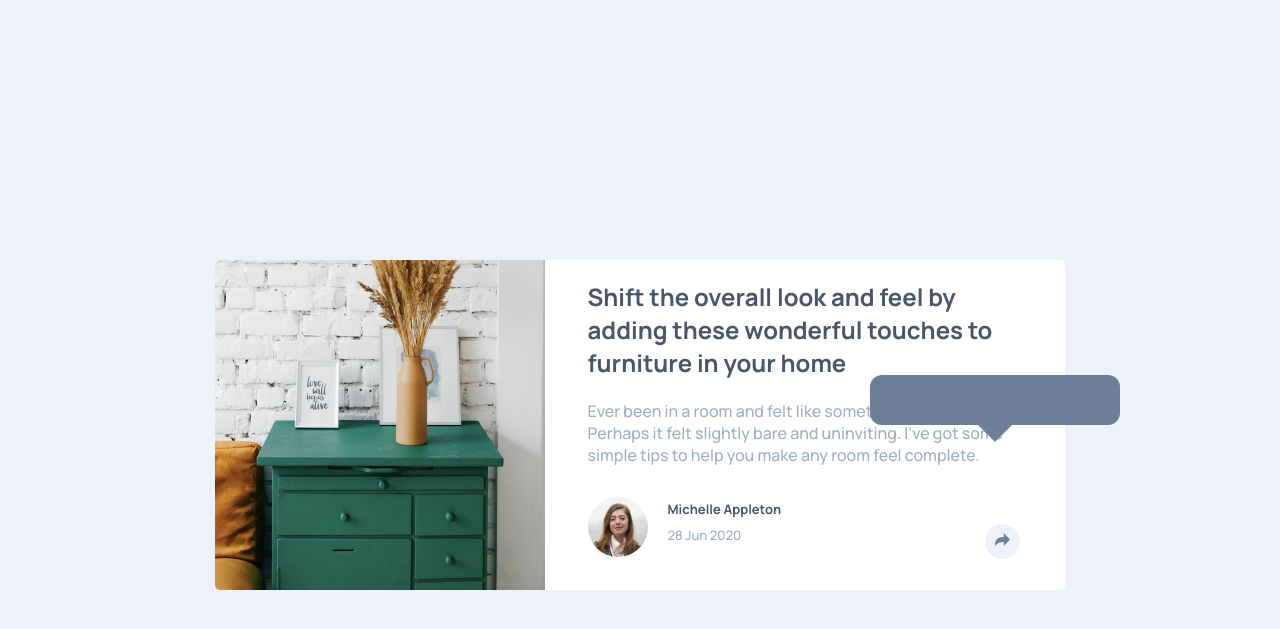
Repository: ricky603/training-css
Page: article-preview-component-master/index.html
The author's editor kept a copy of each file at every save. The page is drawn from the files as they stood at one save, then again after the next save.
The browser window is 1280 px wide. The pictures show the whole page.

Above is the page before, as saved 2020-09-09 10:06:18.

After the next save:
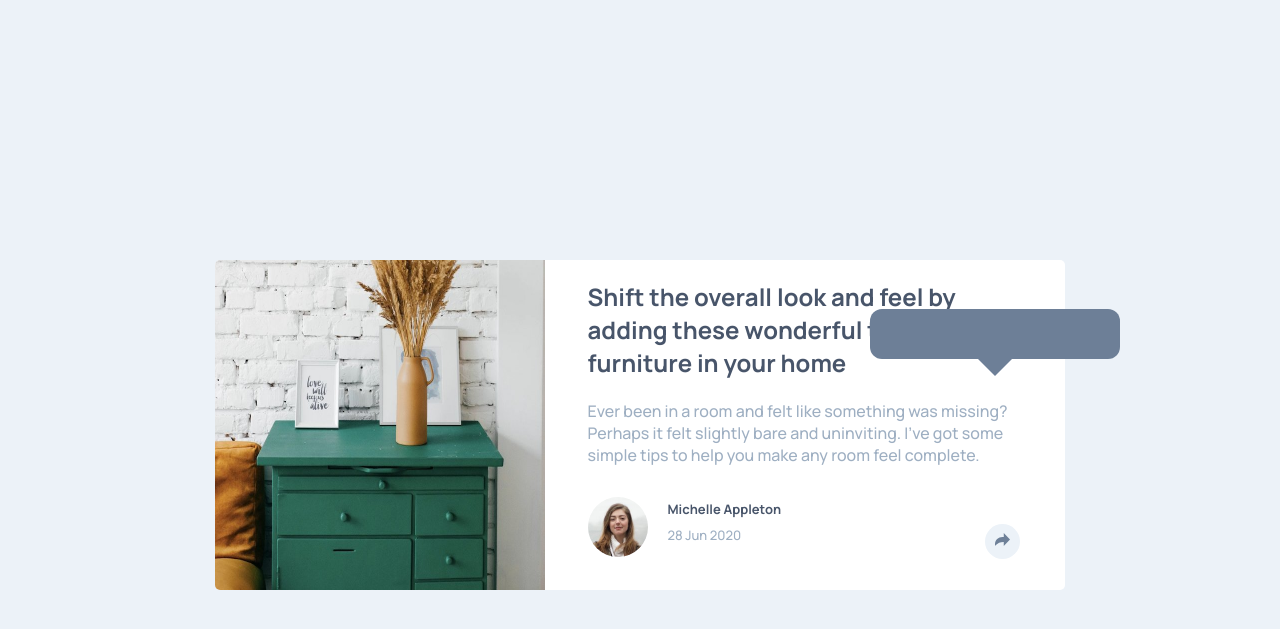
Saved 9 s later.
--- a/article-preview-component-master/styles.css
+++ b/article-preview-component-master/styles.css
@@ -117,7 +117,7 @@ h2 {
     height: 50px;
     border-radius: 12px;
     left: 77%;
-    bottom: 50%;
+    bottom: 70%;
 }
 
 .speech-bubble:after {
